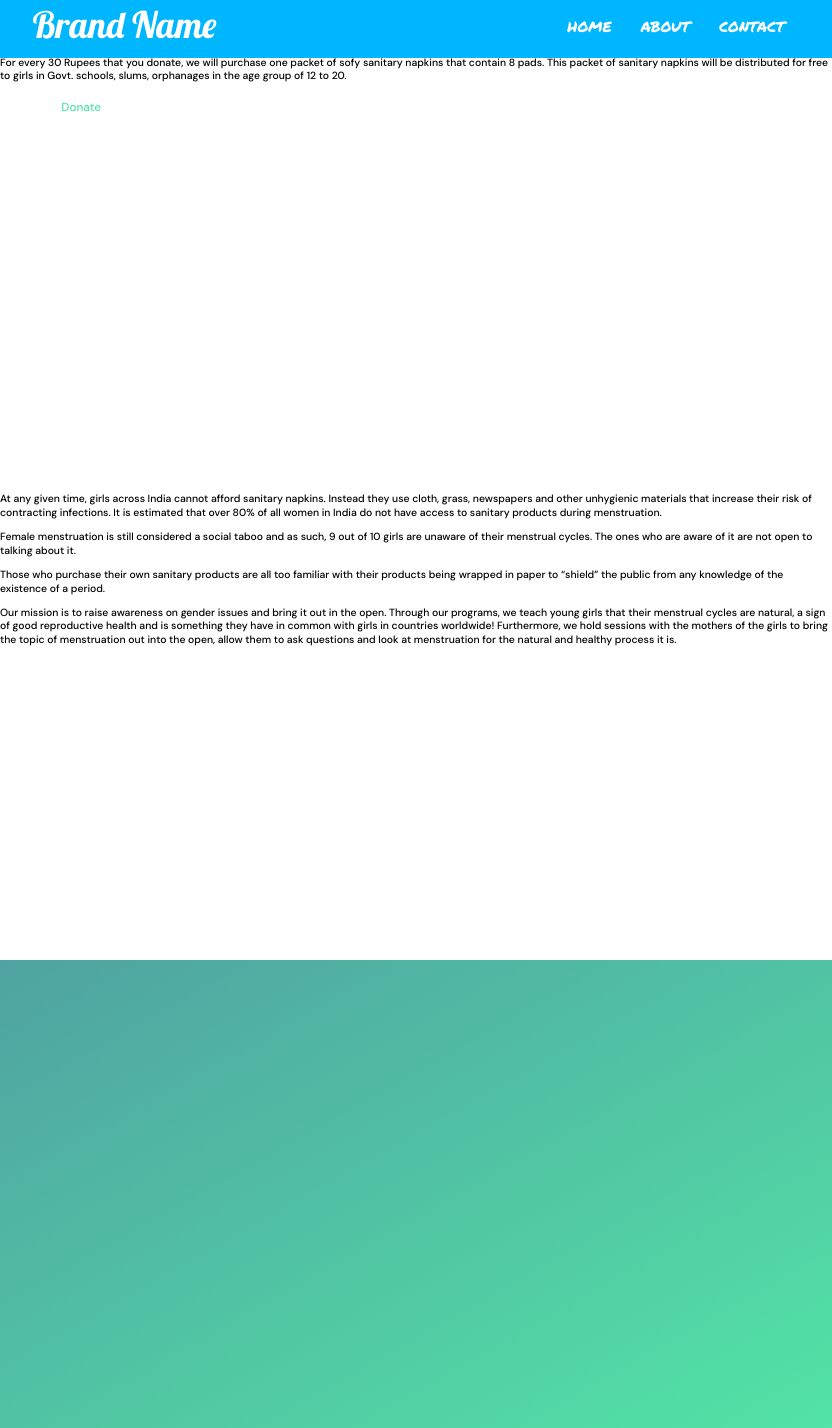
Repository: Jrap-bit/PeriodofSharing
Page: index.html
An editor plug-in stored every save of this project. The page is shown before and after the next save, followed by the edit.
The browser window is 1280 px wide. The pictures show the whole page, at 65% of full size.

Above is the page before, as saved 2022-01-15 13:14:30.

After the next save:
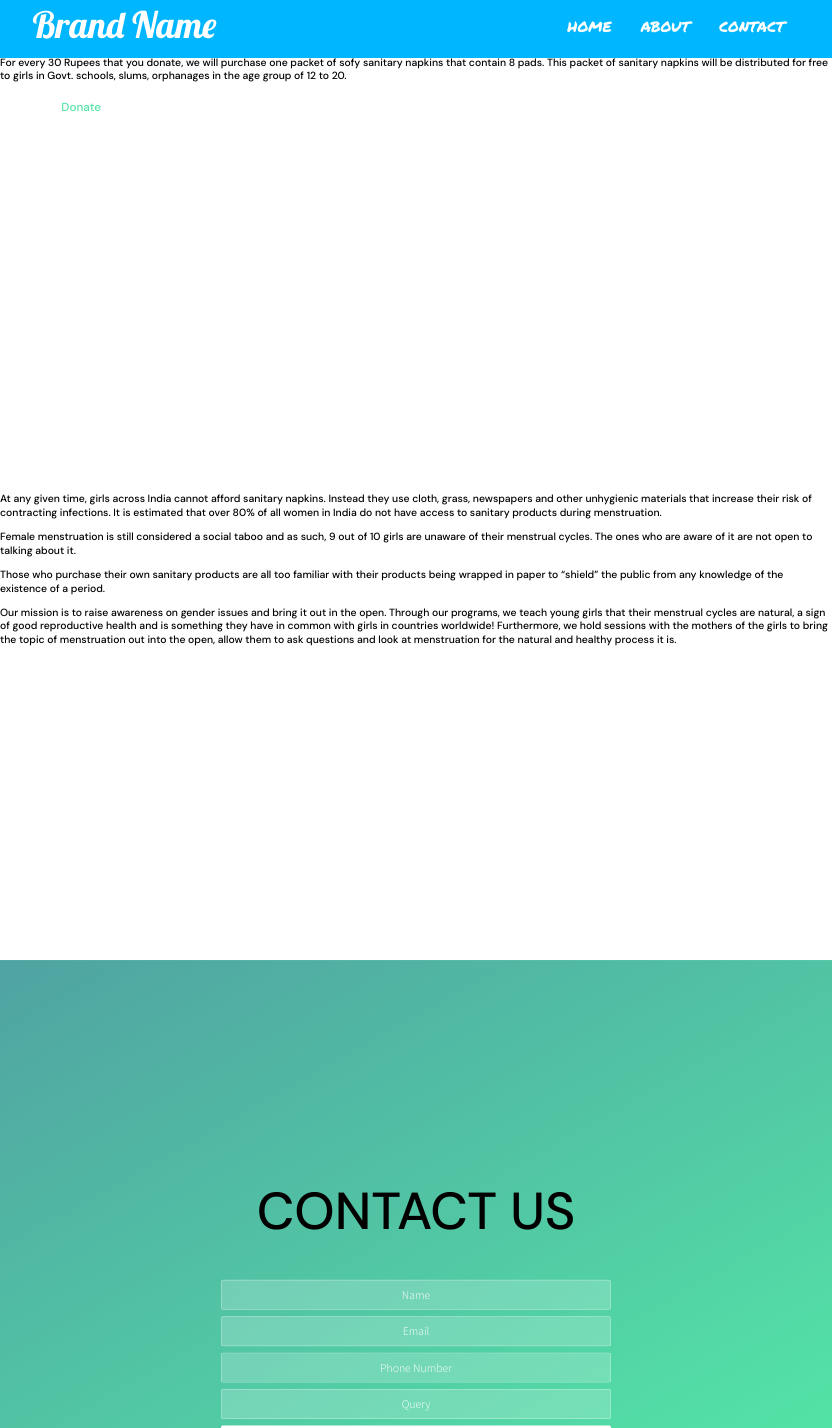
Saved 13 s later.
--- a/style.css
+++ b/style.css
@@ -69,7 +69,7 @@ body :-ms-input-placeholder {
 } */
 
 .form-header{
-    font-size: 900px;
+    font-size: 5rem;
 }
 
 form {
